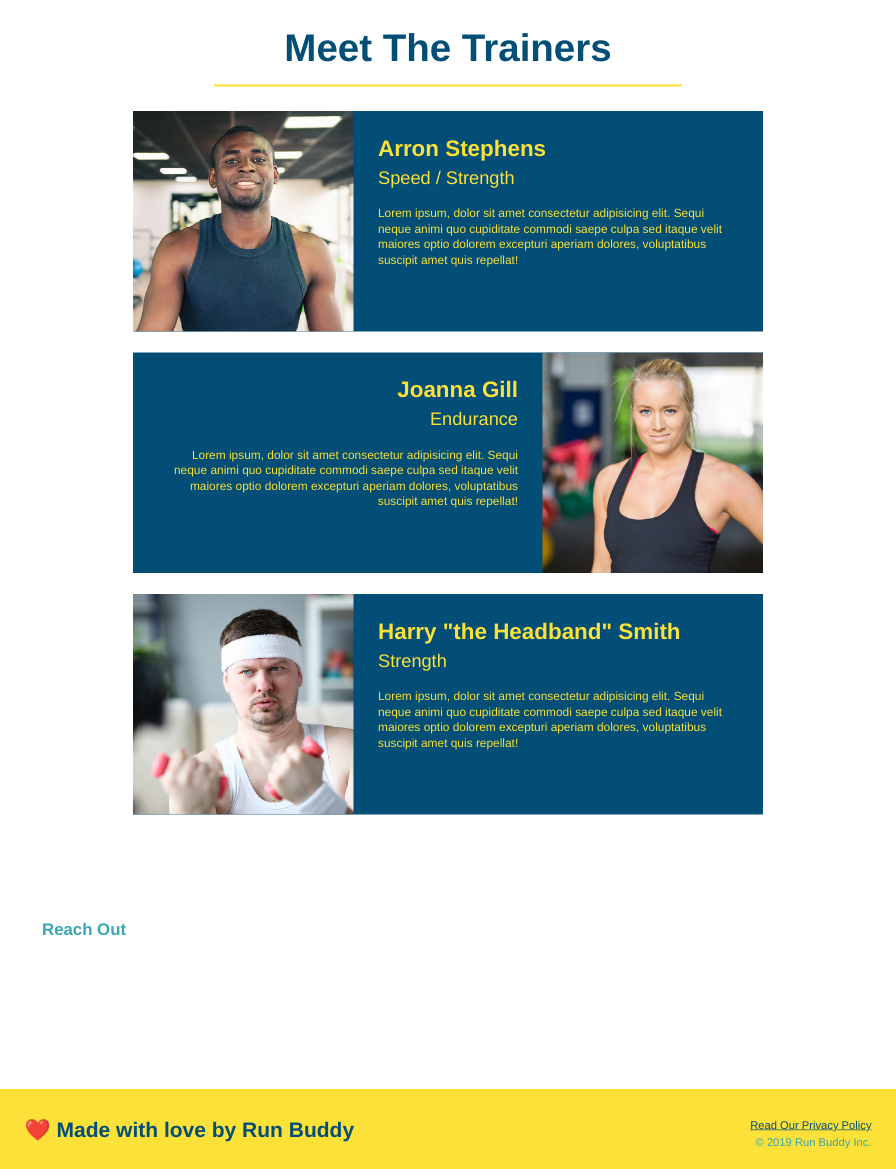
Repository: symlara/run-buddy
Page: index.html
These files come from the project's save history. The page is drawn as it stood at one moment and after a run of saves; the edit follows.
The browser window is 1280 px wide. The pictures show the part of the page from y = 2282 to 4202 px (the page is 3952 px tall before and 4202 px after), at 70% of full size.
Pictures or frames that could not be fetched are drawn as grey boxes.

Above is the page before, as saved 2020-12-10 15:18:10.

### index.html
<!DOCTYPE html>
<html lang="en">
    <head>
        <link rel="stylesheet" href="./assets/css/style.css" />
        <meta charset="UTF-8"/>
        <title>Run Buddy</title>
    </head>
    <body>
        <!-- navigation -->
        <header>
        <a href="/"><h1>RUN BUDDY</h1></a>
        <nav>
            <!-- Unordered list element -->
            <ul>
                <!-- List item element -->
                <li>
                    <!-- Anchor Element -->
                    <a href="#what-we-do">What We Do</a>
                </li>
                <li>
                    <a href="#what-you-do">What You Do</a>
                </li>
                <li>
                    <a href="#your-trainers">Your Trainers</a>
                </li>
                <li>
                    <a href="#reach-out">Reach Out</a>
                </li>
            </ul>
        </nav>
        </header>

        <!-- hero section -->
        <section class="hero">
        <div class="hero-form">
            <h3>Get Started Today</h3>
            <p>Fill out this form and one of our trainers will schedule a consult</p>
            <!-- Add form elements -->
            <form>
                <label for="name">Enter full name:</label>
                <input type="text" placeholder="Your Name" name="name" id="name" class="form-input" />
                <label for="email">Enter Email Address:</label>
                <input type="email" placeholder="Email Address" name="email" id="email" class="form-input" />
                <label for="phone">Enter a telephone number</label>
                <input type="tel" placeholder="Phone Number" name="phone" id="phone" class="form-input" />
                <p>
                    Have you worked out with a trainer before?
                    <input type="radio" name="trainer-confirm" id="trainer-yes" />
                    <label for="trainer-yes">Yes</label>
                    <input type="radio" name="trainer-confirm" id="trainer-no" />
                    <label for="trainer-no">No</label>
                </p>
                <p>
                    <label for="checkbox">
                    I acknowledge that I am at least 18 years of age.
                    </label>
                    <input type="checkbox" name="age-confirm" id="checkbox" />
                </p>
                <button type="submit">
                    Get running!
                </button>
            </form>
        </div>
    </section>
    <!-- end hero -->

        <!-- hero/jumbotron -->
        <section></section>

        <!-- "what we do" section -->
        <section id="what-we-do" class="intro">
            <h2 class="section-title primary-border">What We Do</h2>
            <p>
                butcher selfies chambray shabby chic gentrify readymade yr Echo Park XOXO Tumblr normcore Banksy direct trade Blue Bottle chillwave you probably haven't heard of them single-origin coffee Vice fanny pack fixie Odd Future Austin fingerstache pickled twee synth Wes Anderson Thundercats viral bitters flannel meggings narwhal Marfa Schlitz sustainable Intelligentsia umami deep v craft
            </p>
        </section>

        <!-- "what you do" section -->
        <section id="what-you-do" class="steps">
            <h2 class="section-title secondary-border">What You Do</h2>

            <div>
                <!-- insert this img element -->
                <img src="./assets/images/step-1.svg" alt="" />
                <h3>Step 1: <span>Fill Out the Form Above.</span></h3>
                <p>You're already here, so why not?</p>
            </div>

            <div>
                <!-- insert this img element -->
                <img src="./assets/images/step-2.svg" alt="" />
                <h3>Step 2: <span>Consult with One of Our Trainers.</span></h3>
                <p>Are you here to build muscle, lose weight, or just feel good?</p>
            </div>

            <div>
                <!-- insert this img element -->
                <img src="./assets/images/step-3.svg" alt="" />
                <h3>Step 3: <span>Get Running</span></h3>
                <p>Hit the ground running (literally) once your trainer lays out your plan</p>
            </div>

            <div>
                <!-- insert this img element -->
                <img src="./assets/images/step-4.svg" alt="" />
                <h3>Step 4: <span>See Results</span></h3>
                <p>Bi-Weekly checkins with your trainer will keep you focused</p>
            </div>
        </section>

        <!-- "meet the trainers" section -->
        <section id="your-trainers" class="trainers">
            <h2 class="section-title primary-border">Meet The Trainers

            </h2>

            <!-- first trainer bio -->
            <article class="trainer">
                <img src="./assets/images/trainer-1.jpg" alt="Arron Stephens in his workout clothes, ready to pump iron" />
                <div class="trainer-bio text-left">
                    <h3>Arron Stephens</h3>
                    <h4>Speed / Strength</h4>
                    <p>
                        Lorem ipsum, dolor sit amet consectetur adipisicing elit. Sequi neque animi quo cupiditate commodi saepe culpa sed
                        itaque velit maiores optio dolorem excepturi aperiam dolores, voluptatibus suscipit amet quis repellat!
                    </p>
                </div>
            </article>
            <!-- first trainer end -->

            <!--second trainer bio -->
            <article class="trainer">
                <div class="trainer-bio text-right">
                    <h3>Joanna Gill</h3>
                    <h4>Endurance</h4>
                    <p>
                        Lorem ipsum, dolor sit amet consectetur adipisicing elit. Sequi neque animi quo cupiditate commodi saepe culpa sed
                        itaque velit maiores optio dolorem excepturi aperiam dolores, voluptatibus suscipit amet quis repellat!
                    </p>
                </div>
                <img src="./assets/images/trainer-2.jpg" alt="Joanna Gill cooling off after a workout" />
            </article>
            <!-- second trainer end-->

            <!-- third trainer bio -->
            <article class="trainer">
                <img src="./assets/images/trainer-3.jpg" alt="Harry Smith wearing a headband and lifting comically small pink weights" />
                <div class="trainer-bio text-left">
                    <h3>Harry "the Headband" Smith</h3>
                    <h4>Strength</h4>
                    <p>
                        Lorem ipsum, dolor sit amet consectetur adipisicing elit. Sequi neque animi quo cupiditate commodi saepe culpa sed
                        itaque velit maiores optio dolorem excepturi aperiam dolores, voluptatibus suscipit amet quis repellat!
                    </p>
                </div>
            </article>
            <!-- third trainer end -->
        </section>

        <!-- "reach out" section -->
        <section>
            <h2>Reach Out</h2>
            <div class="contact-info">
                <iframe src="https://www.google.com/maps/embed?pb=!1m18!1m12!1m3!1d3221.7111422227936!2d-86.80586308470178!3d36.14924591176938!2m3!1f0!2f0!3f0!3m2!1i1024!2i768!4f13.1!3m3!1m2!1s0x886466bdcf68adc5%3A0x468be65e4a8f7eb1!2s2201%20West%20End%20Ave%2C%20Nashville%2C%20TN%2037212!5e0!3m2!1sen!2sus!4v1607634799030!5m2!1sen!2sus"
                    frameborder="0"

                    style="border: 0"
                    allowfullscreen
                >
                </iframe>
            </div>
        </section>

        <!-- footer -->
        <footer>
            <h2>❤️ Made with love by Run Buddy</h2>
            <div>
                <a href="#">Read Our Privacy Policy</a><br />
                &copy; 2019 Run Buddy Inc.
            </div>
        </footer>
    </body>

    </html>

### assets/css/style.css
* {
    margin: 0;
    padding: 0;
    box-sizing: border-box;
}


body {
    /* more on this crazy alphanumerical value in a minute */
    color: #39a6b2;
    font-family: Helvetica, Arial, sans-serif;
}

/* apply styles to header */
header {
    padding: 20px 35px;
    background-color: #39a6b2;
}

header h1 {
    font-weight: bold;
    font-size: 36px;
    color: #fce138;
    margin: 0;
    display: inline;
}

header a {
    text-decoration: none;
    color: #fce138;
}

header nav {
    float: right;
    margin: 7px 0;
}

header nav ul li {
    display: inline;
}

header nav ul li a {
    margin: 0 30px;
    font-weight: lighter;
    font-size: 22px;
}

footer {
    background: #fce138;
    width: 100%;
    padding: 40px 35px;
  }

footer h2 {
    display: inline;
    color: #024e76;
    font-size: 30px;
    margin: 0;
}

footer div {
    float: right;
    line-height: 1.5;
    text-align: right;
}

footer a {
    color: #024e76;
}

section {
    padding: 60px;
}

/* Hero Style Start */
.hero {
    background-image: url("../images/hero-bg.jpg");
    height: 600px;
    background-size: cover;
    background-position: center;
    position: relative;
}
/*The height property fixed at 600px gives an exact size of the section, which is important in this context to allow room for the sign-up form.*/


.hero-form {
    border: solid 3px #024e76;
    background-color: #fce138;
    padding: 20px;
    width: 500px;
    color: #024e76;
    position: absolute;
    bottom: 120px;
    right: 140px;
}

.hero-form h3 {
    font-size: 24px;
    margin: 0;
}

.hero-form p {
    margin: 5px 0 15px 0;
}

.form-input {
    border: 1px solid #024e76;
    display: block;
    padding: 7px 15px;
    font-size: 16px;
    color: #024e76;
    width: 100%;
    margin-bottom: 15px;
}

.hero-form label {
    margin: 0 5px;
}

.hero-form button {
    color: #fce138;
    background-color: #024e76;
    border: none;
    padding: 10px 20px;
    font-size: 16px;
}
/* Hero Style End */

/*What We Do Section */
.intro {
    text-align: center;
}

.intro p {
    line-height: 1.7;
    color: #39a6b2;
    width: 80%;
    font-size: 20px;
    margin: 0 auto;
}

/*What We Do End*/

.section-title {
    display: inline-block;
    font-size: 55px;
    color: #024e76;
    margin-bottom: 35px;
    padding: 0 100px 20px 100px;
    border-bottom: 3px solid;
}

.primary-border {
    border-color: #fce138;
}

.secondary-border {
    border-color: #39a6b2;
}

/* What You Do Section */
.steps {
    text-align: center;
    background: #fce138;
}

.steps div {
    margin-bottom: 80px;
}

.steps img {
    width: 15px;
    margin: 10px 0;
}

.steps h3 {
    color: #024e76;
    font-size: 46px;
    margin-top: 10px;
}

.steps p {
    color: #39a6b2;
    font-size: 23px;
}

.steps span {
    font-size: 38px;
}


/* What You Do End */

/* Your Trainers Section */
.trainers {
    text-align: center;
}

.trainer {
    width: 900px;
    margin: 0 auto 30px auto;
    background: #024e76;
    color: #fce138;
    overflow: auto;
}

.trainer img {
    width: 35%;
    float: left;
}

.trainer-bio {
    padding: 35px;
    float: left;
    width: 65%;
}

.text-left {
    text-align: left;
}

.text-right {
    text-align: right;
}

.trainer-bio h3 {
    font-size: 32px;
    margin-bottom: 8px;
}

.trainer-bio h4 {
    font-weight: lighter;
    font-size: 26px;
    margin-bottom: 25px;
}

.trainer-bio p {
    font-size: 17px;
    line-height: 1.3;
}
/* Your Trainers Section End */

After the next 2 saves:
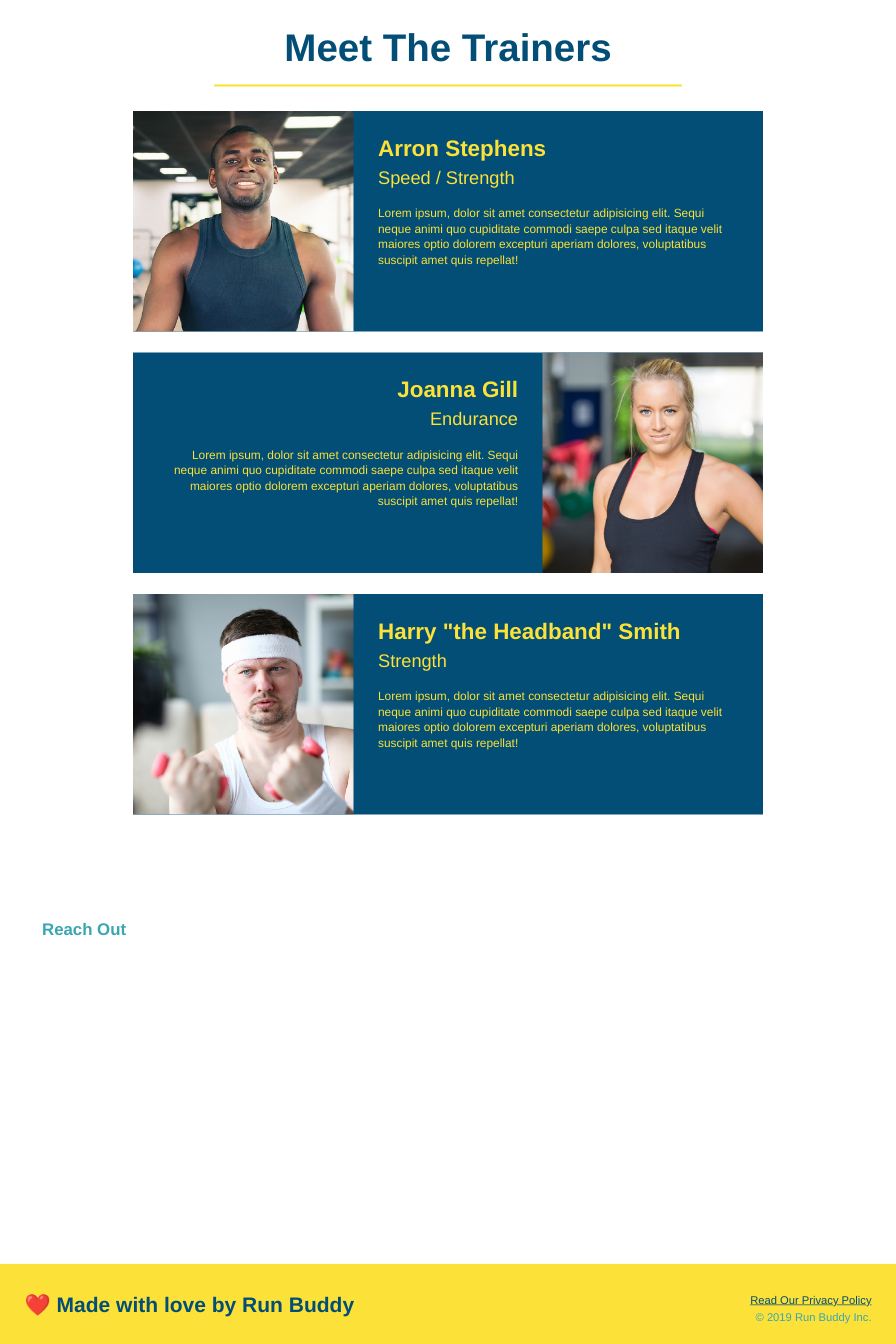
The 2 saves are shown as one change because they came seconds apart.
The last was saved 5 s later.
--- a/index.html
+++ b/index.html
@@ -163,7 +163,7 @@
             <div class="contact-info">
                 <iframe src="https://www.google.com/maps/embed?pb=!1m18!1m12!1m3!1d3221.7111422227936!2d-86.80586308470178!3d36.14924591176938!2m3!1f0!2f0!3f0!3m2!1i1024!2i768!4f13.1!3m3!1m2!1s0x886466bdcf68adc5%3A0x468be65e4a8f7eb1!2s2201%20West%20End%20Ave%2C%20Nashville%2C%20TN%2037212!5e0!3m2!1sen!2sus!4v1607634799030!5m2!1sen!2sus"
                     frameborder="0"
-
+                    height="400"
                     style="border: 0"
                     allowfullscreen
                 >
